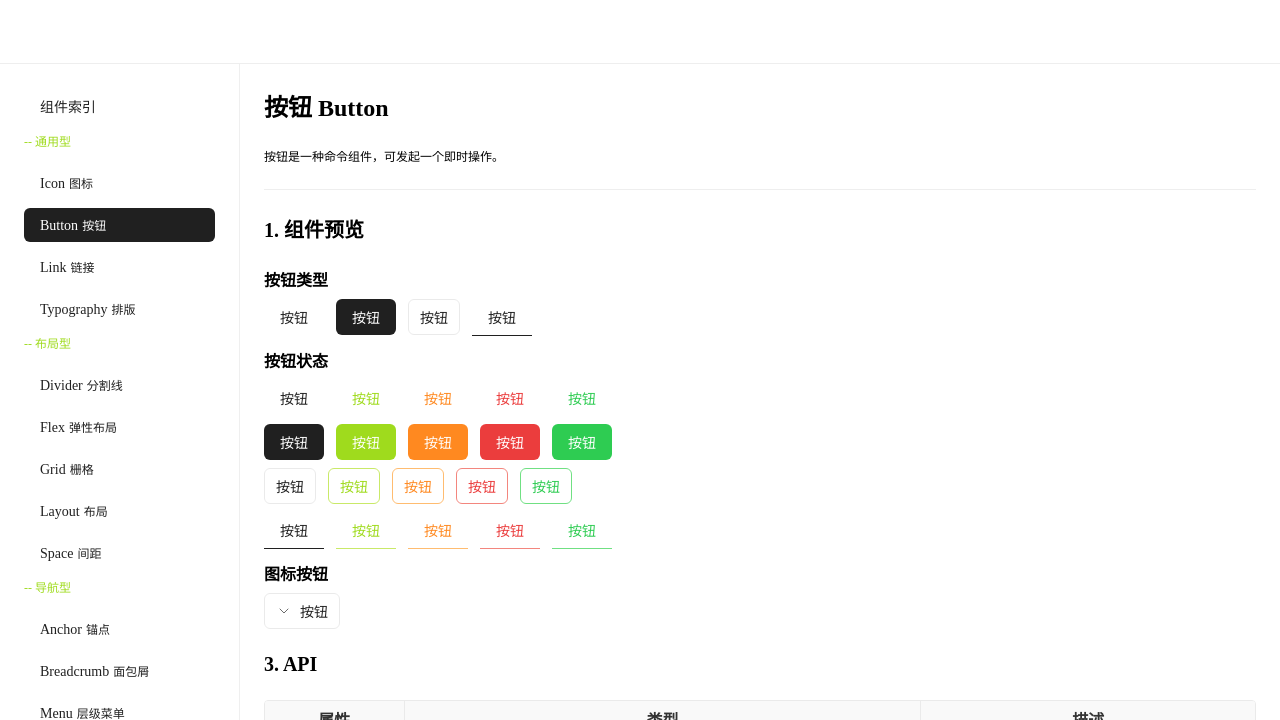
Repository: suminhan007/LandDesign
Page: /
The author's editor kept a copy of each file at every save. The page is drawn from the files as they stood at one save, then again after a run of saves.
The browser window is 1280 px wide. The pictures show the whole page.
An inner scrolling area shows only its first screen. The project was rebuilt for these pictures with package versions that can differ from the ones it lists, and the page was loaded fresh each time. Also part of the build but not shown: vite.config.ts, packages/Pop.tsx, example/components/ComponentPreview.tsx, example/components/IconExample.tsx.

Above is the page before, as saved 2024-03-17 19:07:00.

### index.html
<!DOCTYPE html>
<html lang="en">
  <head>
    <meta charset="UTF-8" />
    <link rel="icon" type="image/svg+xml" href="/vite.svg" />
    <meta name="viewport" content="width=device-width, initial-scale=1.0" />
    <title>Land Design</title>
  </head>
  <body>
    <div id="root"></div>
    <script type="module" src="/example/main.tsx"></script>
  </body>
</html>

### example/App.tsx
import React, { useState } from 'react';
import styled from 'styled-components';
import "./app.css";
import '../style/atomic.scss';
import '../style/variable.scss';

import Button from '../packages/Button';
import Divider from '../packages/Divider';
import Table from '../packages/Table';
import Title from '../packages/Title';
import ComponentPreview from './components/ComponentPreview';

// 引入数据
import {
  COMMON_COMPONENTS_DATA,
  LAYOUT_COMPONENTS_DATA,
  NAV_COMPONENTS_DATA,
  INPUT_COMPONENTS_DATA,
  DISPLAY_COMPONENTS_DATA,
  FEEDBACK_COMPONENTS_DATA,
  TEXT_COMPONENTS_DATA,
  OTHER_COMPONENTS_DATA
} from './mock';

const Nav_Data = [
  { id: 1, data: COMMON_COMPONENTS_DATA, title: '通用型' },
  { id: 2, data: LAYOUT_COMPONENTS_DATA, title: '布局型' },
  { id: 3, data: NAV_COMPONENTS_DATA, title: '导航型' },
  { id: 4, data: INPUT_COMPONENTS_DATA, title: '数据输入型' },
  { id: 5, data: DISPLAY_COMPONENTS_DATA, title: '输入展示型' },
  { id: 6, data: FEEDBACK_COMPONENTS_DATA, title: '反馈型' },
  { id: 7, data: TEXT_COMPONENTS_DATA, title: '文字型' },
  { id: 8, data: OTHER_COMPONENTS_DATA, title: '其他' },
]

function App() {
  const [activedId, setActivedId] = useState<number>(2);
  return (
    <div>
      <StyledTopNav></StyledTopNav>
      <div className='flex'>
        <StyledLeftNav className='flex column gap-20 py-24 px-24 overflow-auto'>
          {/* <Title title='-- 组件索引' type='p' className='my-8' style={{ color: 'var(--color-primary-6)' }} /> */}
              <Button
                text='组件索引'
                width='100%'
                justify='start'
                type={activedId === 0 ? 'background' : 'text'}
                onClick={() => setActivedId(0)}
              />
          {
            Nav_Data.map(navItem =>
              <div className='flex column gap-8'>
                <Title title={`-- ${navItem.title}`} type='p' className='my-8' style={{ color: 'var(--color-primary-6)' }} />
                {
                  navItem.data?.map(navBtnItem =>
                    <Button
                      key={navBtnItem.id}
                      text={navBtnItem.en}
                      subText={navBtnItem.zh}
                      width='100%'
                      justify='start'
                      type={activedId === navBtnItem.id ? 'background' : 'text'}
                      onClick={() => setActivedId(navBtnItem.id)}
                    />
                  )
                }
              </div>
            )
          }
        </StyledLeftNav>
        <StyledRightContent className='flex p-24 overflow-auto'>
          {/* 组件索引 */}
          {activedId === 0 && <ComponentPreview/>}
          {
            activedId != 0 && COMMON_COMPONENTS_DATA.filter(itm => itm.id === activedId).map(item =>
              <div className='width-100 flex column gap-24 mb-24' style={{height: 'fit-content'}}>
                <Title title={`${item.zh} ${item.en}`} type='h1' />
                <Title title={item.desc} type='p'/>
                <Divider />
                <Title title='1. 组件预览' type='h2' />
                  {item.example}
                <Title title='3. API' type='h2' />
                <Table titleData={[{ title: '属性', value: 'props' }, { title: '类型', value: 'type' }, { title: '描述', value: 'desc' }]} data={item.props} style={{ width: '100%' }} />

              </div>
            )
          }
        </StyledRightContent>
      </div>
    </div>
  )
}

const StyledTopNav = styled.div`
  height: 64px;
  border-bottom: 1px solid #eee;
  box-sizing: border-box;
`

const StyledLeftNav = styled.div`
    width: 240px;
    height: calc(100vh - 64px);
    flex-shrink: 0;
    border-right: 1px solid var(--color-border-1);
    box-sizing: border-box;
`

const StyledRightContent = styled.div`
    width: calc(100% - 48px);
    height: calc(100vh - 64px);
    box-sizing: border-box;
`

export default App

### example/app.css
body,
h1,
h2,
h3,
a,
p {
    margin: 0;
    padding: 0;
}

### style/variable.scss
:root{
    // 主题色
    --color-primary-1: #FCFFE8; // 背景
    --color-primary-2: #EDF8BB; // 文字禁用
    --color-primary-3: #DCF190; // 禁用
    --color-primary-4: #C9E968; // 特殊选中 & 边框
    --color-primary-5: #B5E241; // 悬浮 :hover
    --color-primary-6: #9FDB1D; // 常规
    --color-primary-7: #7EB712; // 点击 :active
    --color-primary-8: #5F940A; // 已点击

    // 状态色: success warnning error
    --color-red-1: #FFECE8;
    --color-red-2: #FBCBC4;
    --color-red-3: #F7A9A1;
    --color-red-4: #F3867E;
    --color-red-5: #EF625D;
    --color-red-6: #EB3D3D;
    --color-red-7: #C3262B;
    --color-red-8: #9C141D;

    --color-orange-1: #FFF7E8;
    --color-orange-2: #FFE6C0;
    --color-orange-3: #FFD298;
    --color-orange-4: #FFBC70;
    --color-orange-5: #FFA448;
    --color-orange-6: #FF8920;
    --color-orange-7: #D26614;
    --color-orange-8: #A6490A;

    --color-green-1: #E8FFEA;
    --color-green-2: #BDF5C3;
    --color-green-3: #95EBA1;
    --color-green-4: #70E083;
    --color-green-5: #4ED669;
    --color-green-6: #2ECC52;
    --color-green-7: #1DAC43;
    --color-green-8: #108C35;

    // 链接色
    --color-link-1: #E8F3FF;
    --color-link-2: #BEDAFF;
    --color-link-3: #94BFFF;
    --color-link-4: #6AA1FF;
    --color-link-5: #4080FF;
    --color-link-6: #165DFF;
    --color-link-7: #0E42D2;
    --color-link-8: #072CA6;

    // 标签色 & 数据色
    --color-tag-1: #F53F3F;
    --color-tag-2: #FF7D00;
    --color-tag-3: #23C343;
    --color-tag-4: #14C9C9;
    --color-tag-5: #3491FA;
    --color-tag-6: #8D4EDA;
    --color-tag-7: #FF4A83;
    --color-tag-8: #4e5969;
    --color-tag-9: #DDBEF6;
    --color-tag-10: #FF99B2;
    --color-tag-11: #AFF0B5;

    // 边框色(无交互)
    --color-border-1: #EFEFEF; // 常规
    --color-border-2: #EAEAEA; // 重边框

    // 边框粗细
    --border-1: 1px;
    --border-2: 2px;

    // 背景色
    --color-bg-white: #FFF;
    --color-bg-1: #F9F9F9;
    --color-bg-2: #F6F6F6;
    --color-bg-3: #FAFAFA;

    // 文字色
    --color-text-1: #0D0D0D;
    --color-text-2: #202020;
    --color-text-3: #555;
    --color-text-4: #888;
    --color-text-light: #F9F9F9;
    --color-text-white: #FFF;

    // 字号
    --font-content-small: 12px; // 正文-小
    --font-content-medium: 14px; // 正文-常规
    --font-content-large: 16px; // 正文-大
    --font-title-mini: 12px; // 标题-辅助
    --font-title-small: 16px; // 标题-小
    --font-title-medium: 20px; // 标题-常规
    --font-title-large: 24px; // 标题常-大
    --font-slogan-small: 36px; // 视觉标题-小
    --font-slogan-medium: 48px; // 视觉标题-常规
    --font-slogan-large: 64px; // 视觉标题常-大

    // 字重
    --font-weight-300: 300; // light
    --font-weight-400: 400; // regular
    --font-weight-500: 500; // bold
    --font-weight-500: 600; // heavy

    // 亲密性
    --size-4: 4px;
    --size-8: 8px;
    --size-12: 12px;
    --size-20: 20px;
    --size-32: 32px;
    --size-80: 80px;

    // 图标尺寸
    --icon-mini: 12px;
    --icon-small: 16px;
    --icon-medium: 20px;
    --icon-large: 24px;

    // 圆角
    --radius-2: 2px;
    --radius-4: 4px;
    --radius-6: 6px;
    --radius-8: 8px;
    --radius-12: 12px;
    --radius-20: 20px;
    --radius-50: 50%;

    // 间距
    --padding-small: 4px;
    --padding-medium: 8px 16px;
    --padding-large: 16px;

    // 背景模糊
    ---blur-small: blur(10px);
    ---blur-medium: blur(15px);
    ---blur-large: blur(30px);

    // 透明度
    ---opacity-0: 0;
    ---opacity-01: 0.1;
    ---opacity-02: 0.2;
    ---opacity-04: 0.4;
    ---opacity-68: 0.68;
    ---opacity-08: 0.8;
    ---opacity-09: 0.9;
    ---opacity-1: 1;

    // 投影
    --boxshadow-small: 0 0px 4px rgba(0, 0, 0, 0.1);
    --boxshadow-medium: 0 0 10px rgba(0, 0, 0, 0.1);
    --boxshadow-large: 0 0 20px rgba(0, 0, 0, 0.1);

    // 过渡
    --transition-15: 0.15s;
    --transition-2: 0.2s;
    --transition-3: 0.3s;
    --transition-8: 0.8s;

    /****** 暗黑模式 ******/
}

### packages/Button.tsx
import React, { CSSProperties, useMemo } from 'react'
import styled from 'styled-components'
// import { IconLoading } from './Icon';
import Pop, { PopProps } from './Pop';

export type ButtonProps = {
  /* 按钮主要文案 */
  text?: string;
  /* 按钮次要文案 */
  subText?: string;
  /* 按钮图标: 若仅指定 icon 而未指定文案，则渲染为按钮图标（宽高一致） */
  icon?: React.ReactNode;
  /* 设置按钮宽度&高度：设置后 padding 将不起作用 */
  width?: string | number;
  height?: string | number;
  /* 按钮文字对齐方式 */
  justify?: 'center' | 'start' | 'end';
  /* 按钮风格 */
  type?: 'text' | 'background' | 'border' | 'line';
  /* 按钮状态 */
  status?: 'default' | 'primary' | 'warning' | 'danger' | 'success';
  /* 是否禁用 */
  disabled?: boolean;
  /* 是否记载中 */
  loading?: boolean;
  /* 按钮气泡 */
  pop?: React.ReactNode | string;
  /* 气泡配置 */
  PopProps?: PopProps;
  /* 跳转链接：按钮作为 a 标签 */
  href?: string;
  /* a 标签对应的 target 属性 */
  target?: '_self' | '_blank' | '_top' | '_parent';
  /* 按钮点击事件 */
  onClick?: (e: React.UIEvent) => void;
  style?: CSSProperties;
  className?: string;
}

const Button: React.FC<ButtonProps> = ({
  text = '按钮',
  subText,
  icon,
  width,
  height,
  justify = 'center',
  type = 'border',
  status = 'default',
  disabled,
  loading,
  pop,
  PopProps,
  href,
  target = '_blank',
  onClick,
  style,
  className = ''
}) => {
  /* 仅指定 icon 属性时 iconOnly 默认为true */
  const iconOnly = useMemo(() => {
    if (icon || loading) {
      if (!text && !subText) return true;
    }
  }, [icon, text, subText, loading])

  // 配置按钮颜色
  const buttonColorConfig = useMemo(() => {
    switch (status) {
      case 'success': return 'var(--color-green-';
      case 'warning': return 'var(--color-orange-';
      case 'danger': return 'var(--color-red-';
      case 'primary': return 'var(--color-primary-';
      default: return '';
    }
  }, [status])
  return (
    <>
      {!href ?
        <StyledButton
          className={`land-button ${type} ${status} ${disabled ? 'disabled' : ''} ${pop ? 'hover-pop' : ''} ${className}`}
          style={{
            width: width || 'fit-content',
            height: height || 'fit-content',
            ...style
          }}
          justify={justify}
          color={buttonColorConfig}
          onClick={(e: React.UIEvent) => onClick?.(e)}
        >
          {loading ? <>load</> : icon}
          {!iconOnly && <div>
            <span>{text}</span>
            {subText && <span className='subText'>{subText}</span>}
          </div>}
          {pop && <Pop content={pop} {...PopProps} />}
        </StyledButton>
        :
        <StyleButtonLink
          href={href}
          target={target}
          className={`land-button ${pop ? 'hover-pop' : ''} ${className}`}
          style={{
            width: width || 'fit-content',
            height: height || 'fit-content',
            ...style
          }}
          justify={justify}
          color={buttonColorConfig}
          onClick={(e: React.UIEvent) => onClick?.(e)}
        >
          {/* {loading ? <IconLoading /> : icon} */}
          {!iconOnly && <div>
            <span>{text}</span>
            <span className='subText'>{subText}</span>
          </div>}
          {pop && <Pop content={pop} {...PopProps} />}
        </StyleButtonLink>
      }
    </>
  )
}

const StyledButton = styled.div<{
  justify?: any;
  color?: string;
}>`
    position: relative;
    display: flex;
    align-items: center;
    justify-content: ${props => props.justify};
    gap: var(--size-8);
    padding: var(--padding-medium);
    color: ${props => props.color ? `${props.color}6)` : 'var(--color-text-2)'};
    &:hover {
      color: ${props => props.color ? `${props.color}5)` : 'var(--color-text-3)'};
    }
    &:active {
      color: ${props => props.color ? `${props.color}7)` : 'var(--color-text-1)'};
    }
    font-size: var(--font-content-medium);
    border-radius: var(--radius-6);
    box-sizing: border-box;
    transition: all var(--transition-15) linear;
    cursor: pointer;
    .subText{
      margin-left: 4px;
      font-size: var(--font-content-small);
      opacity: var(--opacity-68);
    }

    &.text,
    &.border.default {
      &:hover {
        background-color: var(--color-bg-1);
      }
      &:active {
        background-color: var(--color-bg-2);
      }
    }

    &.background {
      color: var(--color-text-white);
      background-color: ${props => `${props.color}6)` };
      &.default {
        background-color: var(--color-text-2);
        &:hover {
          background-color: var(--color-text-1);
        }
        &:active {
          background-color: var(--color-text-1);
        }
      }
      &:hover {
        background-color: ${props => `${props.color}5)` };
      }
      &:active {
        background-color: ${props => `${props.color}7)` };
      }
    }

    &.border {
      padding: 7px 11px;
      border: ${props => `var(--border-1) solid ${props.color}4)`};
      &.default {
        border-color: var(--color-border-2);
      }
      &:hover {
        background-color: ${props => `${props.color}1)` };
      }
      &:active {
        background-color: ${props => `${props.color}2)` };
      }
    }

    &.line {
      border-bottom: var(--border-1) solid transparent;
      border-color: ${props => `${props.color}4)`};
      border-radius: 0;
      &.default {
        border-color: var(--color-text-2);
      }
    }

    &.disabled {
      opacity: var(--opacity-68);
      cursor: default;
    }
`

const StyleButtonLink = styled.a<{
  justify?: any;
}>`
  ${StyledButton};
  text-decoration: none;
`

export default Button

### packages/Divider.tsx
import React, { CSSProperties } from 'react'

export type DividerProps = {
    /* 分割线方向 */
    direction?: 'row' | 'column';
    /* 分割线粗细 */
    size?: number;
    /* 分割线上下或左右边距 */
    margin?: number;
    /* 分割线类型：实线或者虚线 */
    type?: 'solid' | 'dashed';
    /* 分割线颜色 */
    color?: string;
    /* 分割线包含的内容 */
    content?: React.ReactNode | string;
    /* 分割线包含内容时对齐方式 */
    align?: 'left' | 'center' | 'right';
    style?: CSSProperties;
    className?: string;
}

const Divider: React.FC<DividerProps> = ({
    direction = 'row',
    size = 1,
    margin = 0,
    type = 'solid',
    color = '#eee',
    content,
    align = 'center',
    style,
    className = ''
}) => {
    return (
        <div
            className={`land-divider ${className}`}
            style={{
                display: 'flex',
                alignItems: 'center',
                flexDirection: direction,
                gap: content && '8px',
                width: direction === 'row' ? '100%' : `${size}px`,
                height: direction === 'column' ? '100%' : 'auto',
                margin: direction === 'row' ? `${margin}px 0` : `0 ${margin}px`,
                ...style
            }}
        >
            <div
                style={{
                    flex: align === 'left' ? '10%' : align === 'right' ? '90%' : 1,
                    height: '0px',
                    borderBottom: direction === 'row' ? `${size}px ${type} ${color}` : 'none',
                    borderLeft: direction === 'column' ? `${size}px ${type} ${color}` : 'none',
                }}
            ></div>
            {content &&
                <>
                    <div
                        style={{
                            fontSize: '12px',
                            color: '#999',
                            writingMode: direction === 'column' ? 'vertical-rl' : 'unset',
                            textOrientation: direction === 'column' ? 'upright' : 'unset',
                        }}>
                        {content}
                    </div>
                    <div
                        style={{
                            flex: align === 'left' ? '90%' : align === 'right' ? '10%' : 1,
                            height: '0px',
                            borderBottom: direction === 'row' ? `${size}px ${type} ${color}` : 'none',
                            borderLeft: direction === 'column' ? `${size}px ${type} ${color}` : 'none',
                        }}
                    ></div>
                </>
            }
        </div >
    )
}

export default Divider

### packages/Table.tsx
import React, { CSSProperties } from 'react'
import styled from 'styled-components'

export type TableProps = {
    titleData?: { title: string | React.ReactNode, value: string }[];
    data?: any[]
    style?: CSSProperties;
    className?: string;
}

const Table: React.FC<TableProps> = ({
    titleData,
    data = [],
    style,
    className = ''
}) => {
    return (
        <StyledTable className={`land-table ${className}`} style={style}>
            <thead>
                <tr>
                    {titleData?.map((item1, index1) =>
                        <th key={index1}>{item1.title}</th>
                    )}
                </tr>
            </thead>
            <tbody>
                {data.map(item2 =>
                    <tr>
                        {Object.values(item2).map((item3: any) =>
                            <td>{item3}</td>
                        )}
                    </tr>
                )}
            </tbody>
        </StyledTable>
    )
}

const StyledTable = styled.table`
    border-spacing: 0px;
    border: 1px solid #eaeaea;
    border-radius: 4px;
    overflow: hidden;
    thead {
        background-color: #f9f9f9;
        td {
            text-align: center;
        }
    }
    tbody tr td{
        border-top: 1px solid #eaeaea;
    }
    thead tr th:not(:last-child),
    tbody tr td:not(:last-child) {
        border-right: 1px solid #eaeaea;
    }
    td,th {
        padding: 8px 16px;
        box-sizing: border-box;
        color: #333;
        line-height: 1.5em;
    }
`

export default Table;

### packages/Title.tsx
import React, { CSSProperties } from 'react'
import styled from 'styled-components'

export type TitleProps = {
  /* 标题内容 */
  title?: string;
  /* 标题层级 */
  type?: 'h1' | 'h2' | 'h3' | 'p';
  /* 标题前缀 */
  prefix?: string;
  /* 标题角标 */
  sub?: string | React.ReactNode;
  style?: CSSProperties;
  className?: string;
  onClick?: () => void;
}

const Pop: React.FC<TitleProps> = ({
  title,
  type = 'h1',
  prefix,
  sub,
  style,
  className = '',
  onClick
}) => {
  return (
    <StyledTitle className={`land-title ${className}`} style={style} onClick={() => onClick?.()}>
      {prefix && <span className='land-title-prefix'>{prefix}</span>}
      {type === 'h1' && <h1>{title}</h1>}
      {type === 'h2' && <h2>{title}</h2>}
      {type === 'h3' && <h3>{title}</h3>}
      {type === 'p' && <p>{title}</p>}
      {sub && typeof (sub) === 'string' ? <div className='land-title-sub'>{sub}</div> : <>{sub}</>}
    </StyledTitle>
  )
}

const StyledTitle = styled.div`
  position: relative;
  display: flex;
  align-items: center;
  gap: 8px;
  width: fit-content;
  font-weight: 600;
  h1 {
    font-size: 24px;
  }
  h2 {
    font-size: 20px;
  }
  h3 {
    font-size: 16px;
  }
  p {
    font-size: 12px;
    font-weight: 400;
  }
  .land-title-sub{
    position: absolute;
    top: -30%;
    right: -50%;
    padding: 2px 4px;
    font-size: 8px;
    font-weight: 400;
    color: white;
    background-color: #202023;
    border-radius: 4px;
  }
`

export default Pop

### example/components/ButtonExample.tsx
import React from 'react';
import Title from '../../packages/Title';
import Button from '../../packages/Button';
import { IconArrow } from '../../packages/Icon';

export default function ButtonExample() {
  return (
    <div className='flex column gap-12'>
      <div className='flex column gap-8'>
        <Title title='按钮类型' type='h3' />
          <div className='flex gap-12'>
            <Button text='按钮' type='text' />
            <Button text='按钮' type='background' />
            <Button text='按钮' type='border' />
            <Button text='按钮' type='line'/>
          </div>
      </div>

      <div className='flex column gap-8'>
          <Title title='按钮状态' type='h3' />
          <div className='flex gap-12'>
            <Button text='按钮' type='text' status='default' />
            <Button text='按钮' type='text' status='primary' />
            <Button text='按钮' type='text' status='warning' />
            <Button text='按钮' type='text' status='danger' />
            <Button text='按钮' type='text' status='success'/>
        </div>
        <div className='flex gap-12'>
          <Button text='按钮' type='background' status='default'/>
          <Button text='按钮' type='background' status='primary'/>
          <Button text='按钮' type='background' status='warning'/>
          <Button text='按钮' type='background' status='danger'/>
          <Button text='按钮' type='background' status='success'/>
        </div>
        <div className='flex gap-12'>
          <Button text='按钮' type='border' status='default'/>
          <Button text='按钮' type='border' status='primary'/>
          <Button text='按钮' type='border' status='warning'/>
          <Button text='按钮' type='border' status='danger'/>
          <Button text='按钮' type='border' status='success'/>
        </div>
        <div className='flex gap-12'>
          <Button text='按钮' type='line' status='default'/>
          <Button text='按钮' type='line' status='primary'/>
          <Button text='按钮' type='line' status='warning'/>
          <Button text='按钮' type='line' status='danger'/>
          <Button text='按钮' type='line' status='success'/>
          </div>
      </div>

      <div className='flex column gap-8'>
        <Title title='图标按钮' type='h3' />
          <div className='flex gap-12'>
          <Button text='按钮' type='border' icon={<IconArrow />} />
          </div>
      </div>
    </div>
  )
}

Loaded but not shown: example/main.tsx (common file); packages/Icon.tsx (581 lines, source omitted); example/mock.tsx (558 lines, source omitted); style/atomic.scss (516 lines, source omitted)

After the next 2 saves:
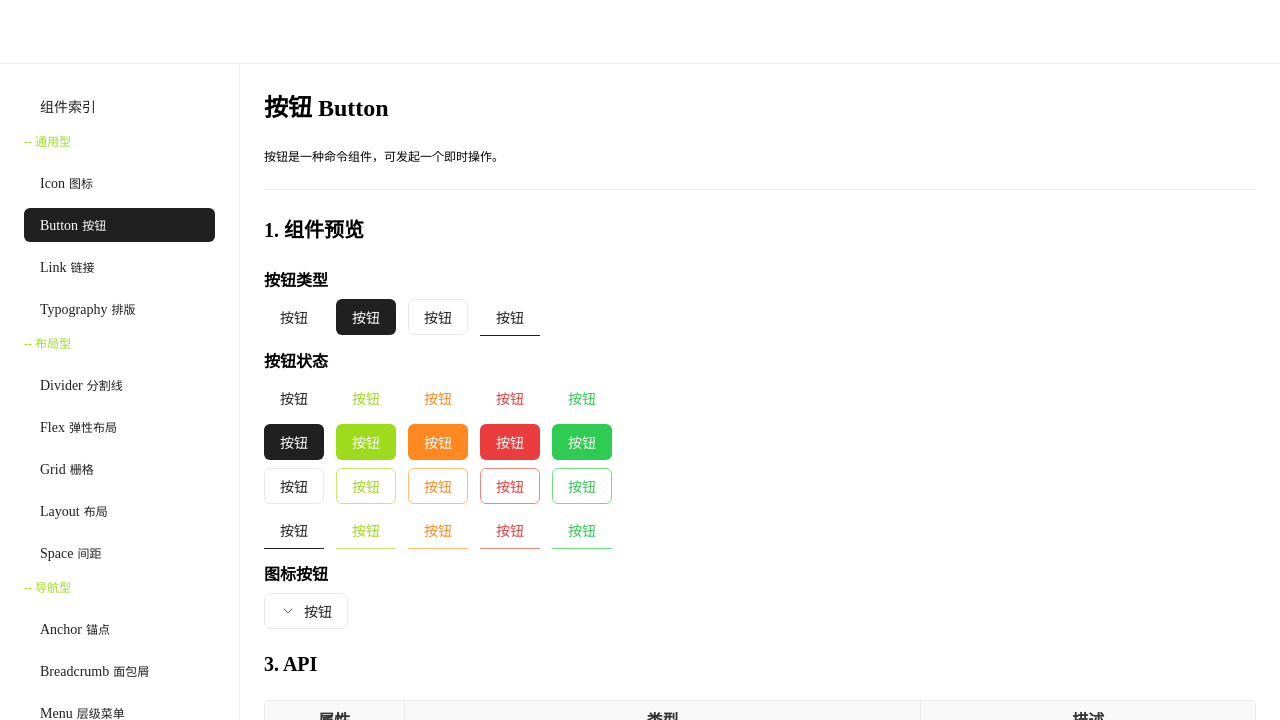
The 2 saves are shown as one change because they came seconds apart.
The last was saved 15 s later.
--- a/packages/Button.tsx
+++ b/packages/Button.tsx
@@ -179,7 +179,7 @@ const StyledButton = styled.div<{
     }
 
     &.border {
-      padding: 7px 11px;
+      padding: 7px 15px;
       border: ${props => `var(--border-1) solid ${props.color}4)`};
       &.default {
         border-color: var(--color-border-2);
